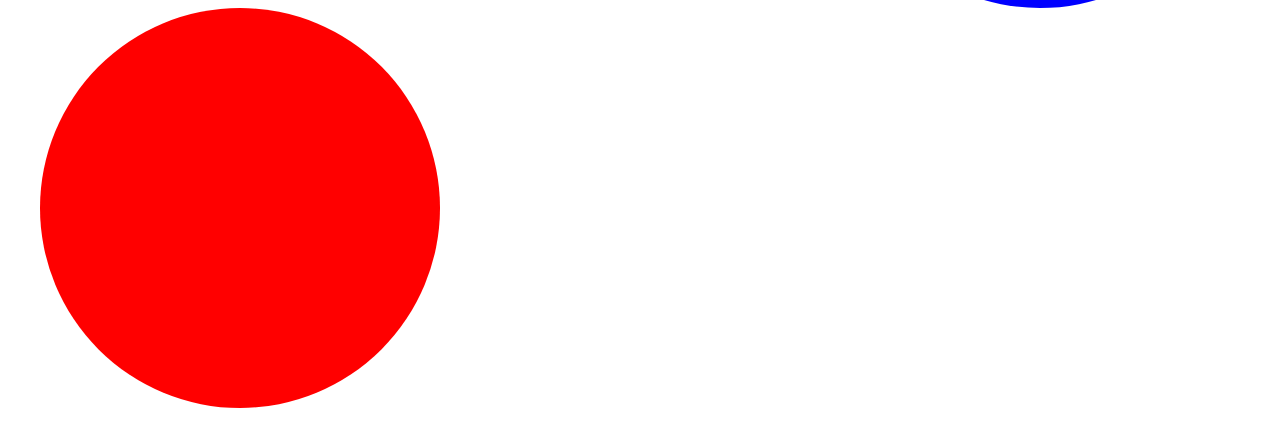
Repository: dovanluyen1996/Test-Git-PR
Page: index.html
These files come from the project's save history. The page is drawn as it stood at one moment and after the next save; the edit follows.
The browser window is 1280 px wide. The pictures show the whole page.

Above is the page before, as saved 2021-09-06 23:12:48.

### index.html
<!DOCTYPE html>
<html lang="en">
  <head>
    <meta charset="UTF-8" />
    <meta http-equiv="X-UA-Compatible" content="IE=edge" />
    <meta name="viewport" content="width=device-width, initial-scale=1.0" />
    <title>TestVsCode</title>
    <link rel="stylesheet" href="css/style.css" />
  </head>

  <body>
    <div class="container">
      <div class="test1"></div>
      <div class="test2"></div>
    </div>
    <div class="im-center"></div>
  </body>
</html>

### css/style.css
body {
}
.container {
  max-width: 1200px;
  margin: 0 auto;
  position: relative;
}
.test1 {
  position: absolute;
  width: 400px;
  height: 400px;
  background-color: red;
  border-radius: 50%;
  top: 0;
  left: 0;
}
.test2 {
  position: absolute;
  width: 400px;
  height: 400px;
  background-color: blue;
  border-radius: 50%;
  bottom: 0;
  right: 0;
}

After the next save:
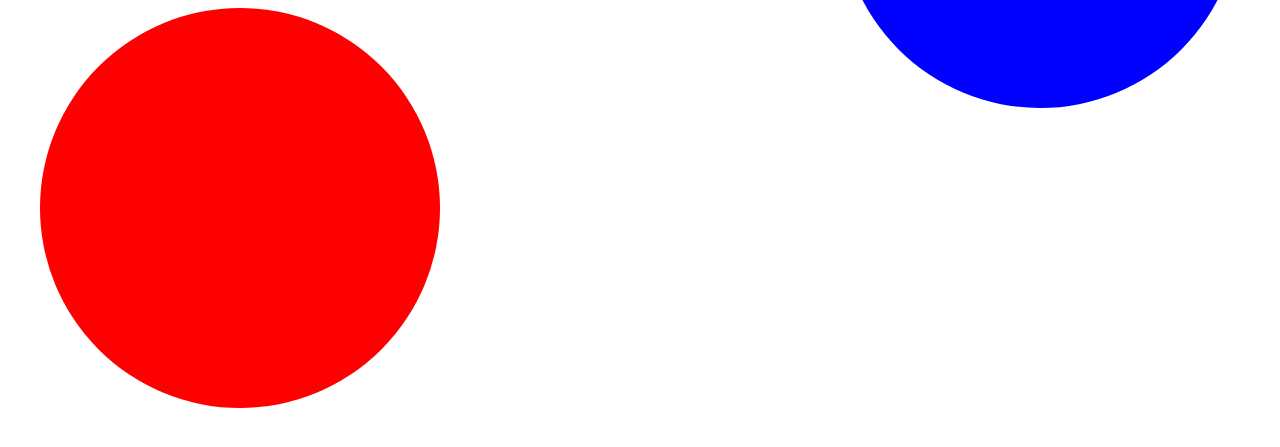
Saved 12 s later.
--- a/css/style.css
+++ b/css/style.css
@@ -2,6 +2,7 @@ body {
 }
 .container {
   max-width: 1200px;
+  height: 100px;
   margin: 0 auto;
   position: relative;
 }
